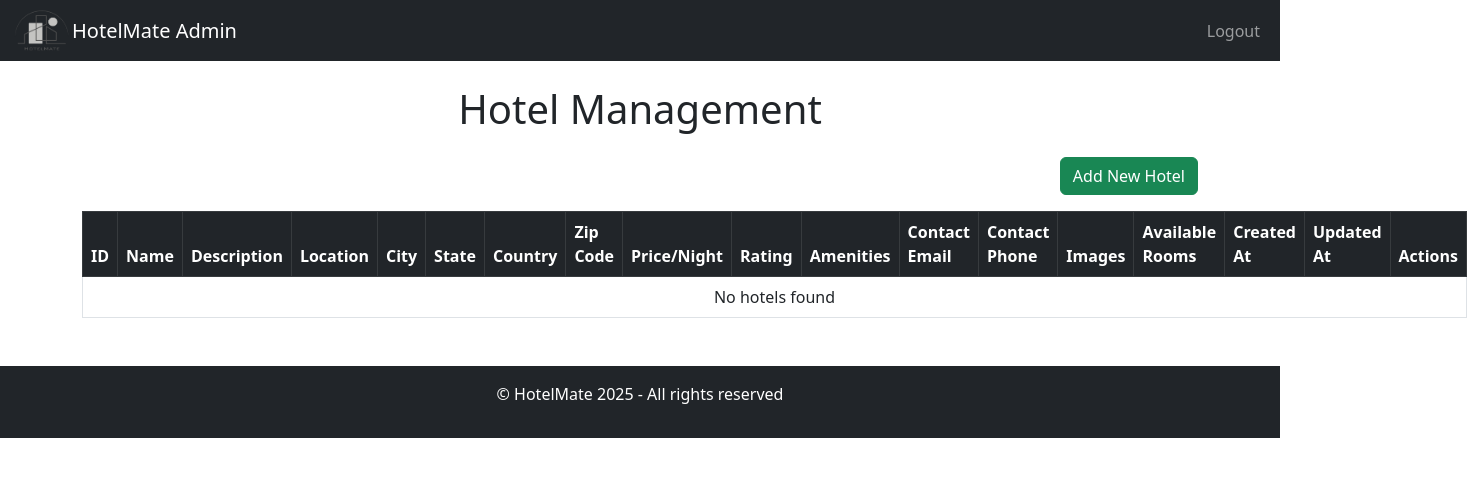
Repository: himanshu2k23/HoteMate
Page: http://localhost/HotelMate/WEB-INF/admin/hotels.jsp
An editor plug-in stored every save of this project. The page is shown before and after the next save, followed by the edit.
The browser window is 1280 px wide. The page is 1467 px wide, then 1280 px, so the pictures cover 1467 px, including what lies to the right of the window. The pictures show the whole page.
The page is served by Tomcat 10. Nobody is signed in. The template is opened directly, without the code that normally fills it, so the values that code supplies are empty.

Above is the page before, as saved 2025-01-18 20:07:18.

After the next save:
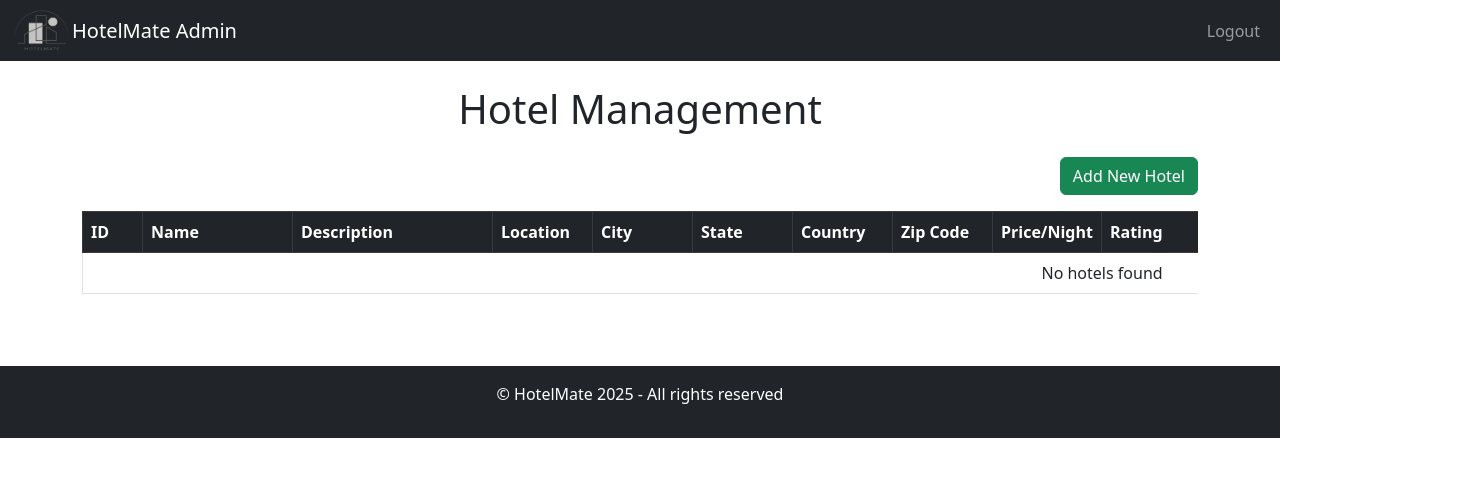
Saved 82 s later.
--- a/HotelMate/src/main/webapp/WEB-INF/admin/hotels.jsp
+++ b/HotelMate/src/main/webapp/WEB-INF/admin/hotels.jsp
@@ -6,6 +6,55 @@
 <title>Manage Hotels</title>
 <link rel="stylesheet"
 	href="https://cdn.jsdelivr.net/npm/bootstrap@5.3.0/dist/css/bootstrap.min.css">
+<style>
+/* Add these styles to your CSS */
+.table-responsive-container {
+	max-width: 100%;
+	overflow-x: auto;
+	margin-bottom: 1rem;
+	/* Add some padding bottom to account for the scrollbar */
+	padding-bottom: 0.5rem;
+}
+
+/* Optional: Style the scrollbar for better appearance */
+.table-responsive-container::-webkit-scrollbar {
+	height: 8px;
+}
+
+.table-responsive-container::-webkit-scrollbar-track {
+	background: #f1f1f1;
+	border-radius: 4px;
+}
+
+.table-responsive-container::-webkit-scrollbar-thumb {
+	background: #888;
+	border-radius: 4px;
+}
+
+.table-responsive-container::-webkit-scrollbar-thumb:hover {
+	background: #555;
+}
+
+/* Set a minimum width for table cells to prevent content from wrapping */
+.table th, .table td {
+	white-space: nowrap;
+	min-width: 100px; /* Adjust this value based on your content */
+}
+
+/* Some columns might need specific widths */
+.table th:first-child, .table td:first-child { /* ID column */
+	min-width: 60px;
+}
+
+.table th:nth-child(2), .table td:nth-child(2) { /* Name column */
+	min-width: 150px;
+}
+
+.table th:nth-child(3), .table td:nth-child(3) {
+	/* Description column */
+	min-width: 200px;
+}
+</style>
 </head>
 <body>
 	<nav class="navbar navbar-expand-lg navbar-dark bg-dark">
